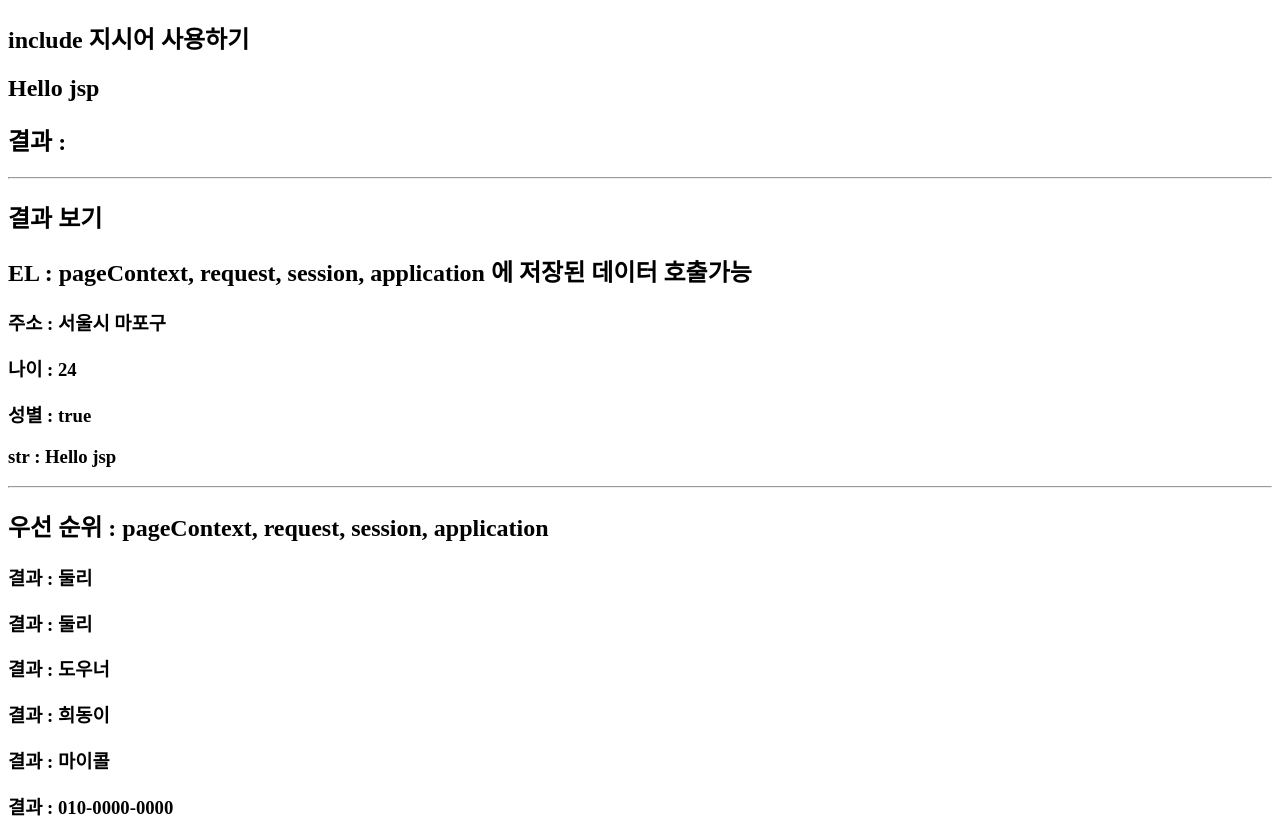
Repository: hagjun/jspstudy
Page: http://localhost/01_servlet/jsp/ex06_ActionTag.jsp
The author's editor kept a copy of each file at every save. The page is drawn from the files as they stood at one save, then again after the next save.
The browser window is 1280 px wide. The pictures show the whole page.
The page is served by Tomcat 9. Other server files are loaded and not shown.

Above is the page before, as saved 2024-03-07 00:45:47.

### 01_servlet/src/main/webapp/jsp/ex06_ActionTag.jsp
<%@ page language="java" contentType="text/html; charset=UTF-8"
    pageEncoding="UTF-8"%>
<!DOCTYPE html>
<html>
<head>
<meta charset="UTF-8">
<title>액션태그 : include, forward</title>
</head>
<body>
<%--
	액션태그 : jsp 페이지간에 흐름제어, 자바빈즈 컴포넌트 지원
	  사용법 : <jsp: 액션태그>

	  1. include : 현재 페이지에서 다른 페이지 호출 또는
	               다른 페이지의 결과를 현재 페이지에 보여주는 것
	    1) 지시어 include : <%@ include file="가져올 파일의 경로" %>
	       : 다른 페이지 소스 전체를 가져와서 현재 페이지에서 한번에 처리
	         파라미터값 전달 안됨, 잘 변경되지 않는 정적 페이지에 많이 사용된다.
	    2) 액션 include  : <jsp:include page=""></jsp:include>
	       : 지정한 다른 페이지의 결과를 가져와서 현재 페이지에 겨로가를 표시한다.
	         파라미터 전달 가능, 자주 변경되는 동적 페이지에 많이 사용된다.
	         만약에 파라미터를 전달하려면
		 	<jsp:include page="">
		 		<jsp:param value="" name=""/>
		 	</jsp:include>
 --%>
 	<%-- <h2>include 지시어 사용하기</h2>
 	<%@ include file="ex03_request.jsp" %>


 	<h2>include 액션 사용하기</h2>
	<jsp:include page="ex03_request.jsp"></jsp:include>
	<hr> --%>

 	<% request.setAttribute("phone", "010-0000-0000"); %>
 	<h2>include 지시어 사용하기</h2>
 	<%@ include file="ex05_pageContext.jsp" %>



 	<%-- <h2>include 액션 사용하기</h2>
	<jsp:include page="ex05_pageContext.jsp">
		<jsp:param value="010-8454-0338" name="phone"/>
	</jsp:include> --%>


</body>
</html>

### 01_servlet/src/main/webapp/jsp/ex05_pageContext.jsp
<%@ page language="java" contentType="text/html; charset=UTF-8"
    pageEncoding="UTF-8"%>
<!DOCTYPE html>
<html>
<head>
<meta charset="UTF-8">
<title>내장객체 : pageContext</title>
</head>
<body>
<%--
	pageContext 객체는 JSP 기본 내장 객체 이다.
	JSP 페이지에서 1:1 로 연결된 객체 JSP 페이지당 하의 pageContext 객체가 생성
	같은 페이지에서 서로 값을 공유할 수 있으며 다른 기본내장객체를 구하거나 페이지의 흐름을 제어한다.
	1. 데이터 저장 : pageContext.setAttribute("이름", 객체);
	   데이터 호출 : pageContext.getAttribute("이름") => EL 사용가능 ${이름}
	   생명주기   : 해당 페이지를 벗어나면 저장 정보도 사라진다.

	   ** 속성을 이용해서 데이터를 저장 및 호출하는 내장 객체들
	     우선순위 : pageContext > request > session > application
	     생명주기 : *pageContext < **request < *session < application
	     - pageContext : 현재 페이지를 벗어나면 정보도 사라진다.
	     - request     : response 가 되면 정보도 사라진다.
	     - session     : 해당 브라우저가 종료되면 정보도 사라진다.
	                    (예외적으로 시간을 지정할 수 있다. => 팝업에서 일주일간 안보기 , 일정시간지나면 로그아웃)
	                     보통 로그인 처리할 때 사용
	     - application : 해당 프로젝트가 종료 될때 정보가 사라진다.
	                     전역적으로 사용하던가 환경정보 등을 가지고 있다.
--%>
		<%! String str = "Hello jsp"; %>
	<h2><%= str %></h2>
	<h2>결과 :  ${str }</h2>
	<hr>

    <%
    	// 데이터 저장
    	pageContext.setAttribute("addr", "서울시 마포구");
    	pageContext.setAttribute("age", 24);
    	pageContext.setAttribute("gender", true);
    	pageContext.setAttribute("str", "Hello jsp");
    %>
	<h2>결과 보기</h2>
	<h2>EL : pageContext, request, session, application 에 저장된 데이터 호출가능</h2>
	<h3>주소 : ${addr }</h3>
	<h3>나이 : ${age }</h3>
	<h3>성별 : ${gender }</h3>
	<h3>str : ${str}</h3>
	<hr>

	<h2>우선 순위 : pageContext, request, session, application</h2>
	<%
		pageContext.setAttribute("name", "둘리");
		request.setAttribute("name", "도우너");
		session.setAttribute("name", "희동이");
		application.setAttribute("name", "마이콜");
	%>
	<h3>결과 : ${name}</h3>
	<h3>결과 : ${pageScope.name}</h3>
	<h3>결과 : ${requestScope.name}</h3>
	<h3>결과 : ${sessionScope.name}</h3>
	<h3>결과 : ${applicationScope.name}</h3>
	<!-- ex06 에서 include 할 때 -->
	<h3>결과 : ${phone}</h3>

</body>
</html>

After the next save:
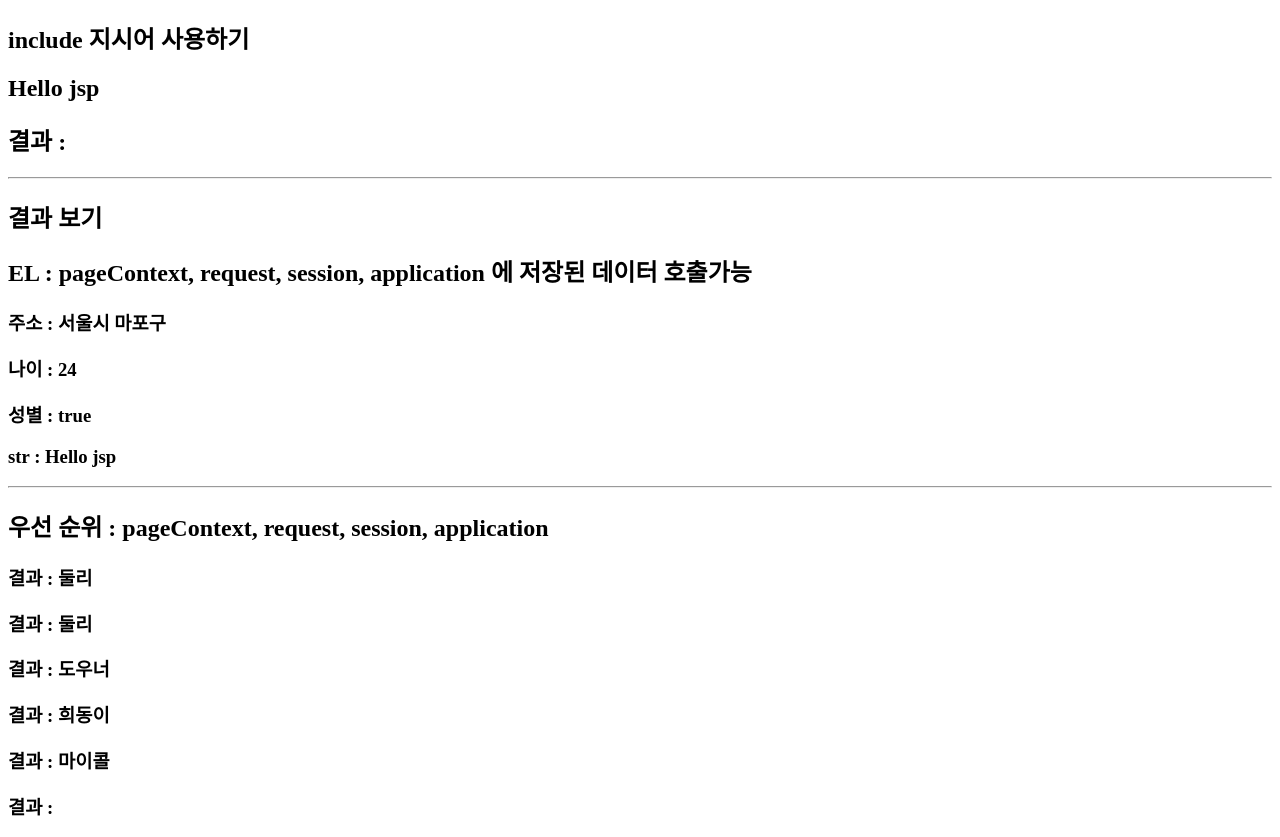
Saved 115 s later.
--- a/01_servlet/src/main/webapp/jsp/ex06_ActionTag.jsp
+++ b/01_servlet/src/main/webapp/jsp/ex06_ActionTag.jsp
@@ -32,10 +32,10 @@
 	<jsp:include page="ex03_request.jsp"></jsp:include>
 	<hr> --%>
 
- 	<% request.setAttribute("phone", "010-0000-0000"); %>
  	<h2>include 지시어 사용하기</h2>
  	<%@ include file="ex05_pageContext.jsp" %>
 
+ 	<% request.setAttribute("phone", "010-0000-0000"); %>
 
 
  	<%-- <h2>include 액션 사용하기</h2>

After the save that followed:
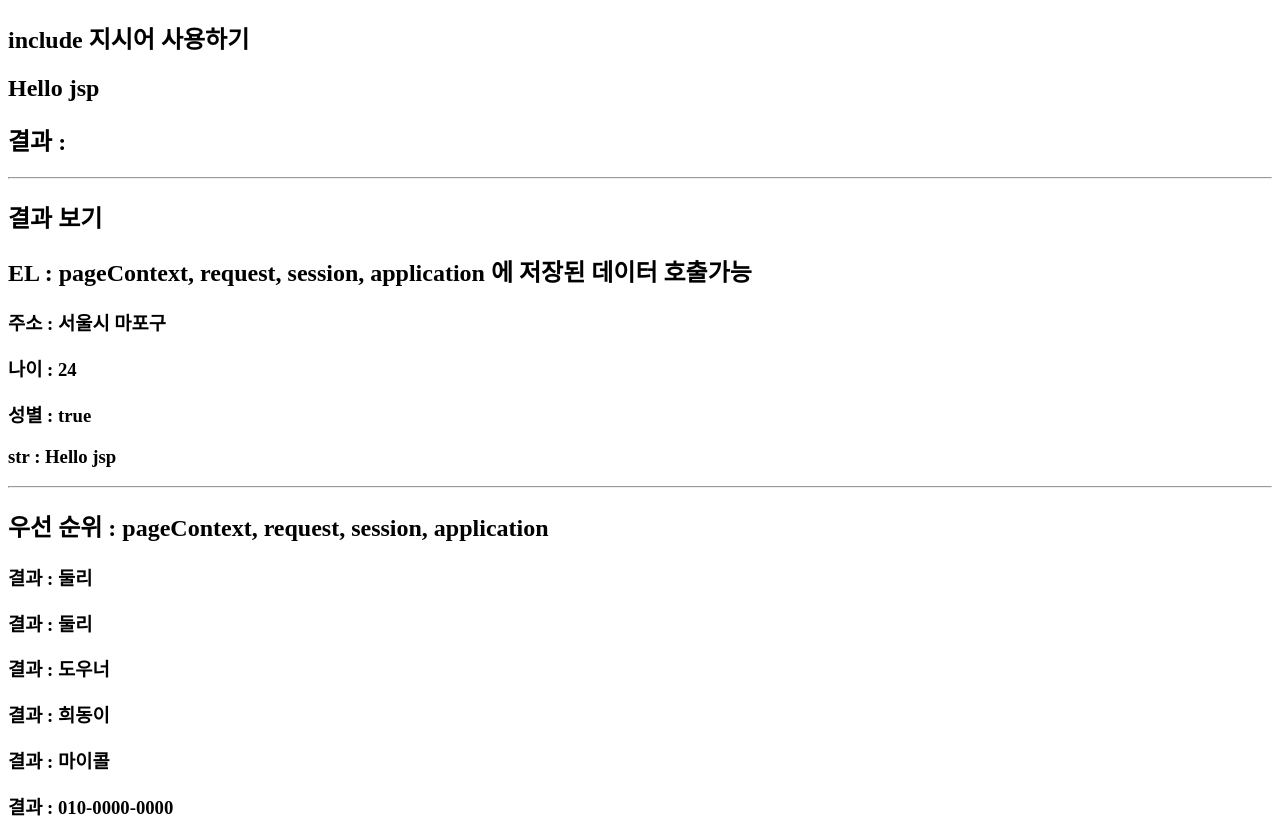
Saved 52 s later.
--- a/01_servlet/src/main/webapp/jsp/ex06_ActionTag.jsp
+++ b/01_servlet/src/main/webapp/jsp/ex06_ActionTag.jsp
@@ -32,10 +32,10 @@
 	<jsp:include page="ex03_request.jsp"></jsp:include>
 	<hr> --%>
 
+ 	<% request.setAttribute("phone", "010-0000-0000"); %>
  	<h2>include 지시어 사용하기</h2>
- 	<%@ include file="ex05_pageContext.jsp" %>
+ 	<%@ include file="ex05_pageContext.jsp" %> <!-- 호출한 후 값을 저장하면 결과값이 안나옴 -->
 
- 	<% request.setAttribute("phone", "010-0000-0000"); %>
 
 
  	<%-- <h2>include 액션 사용하기</h2>
